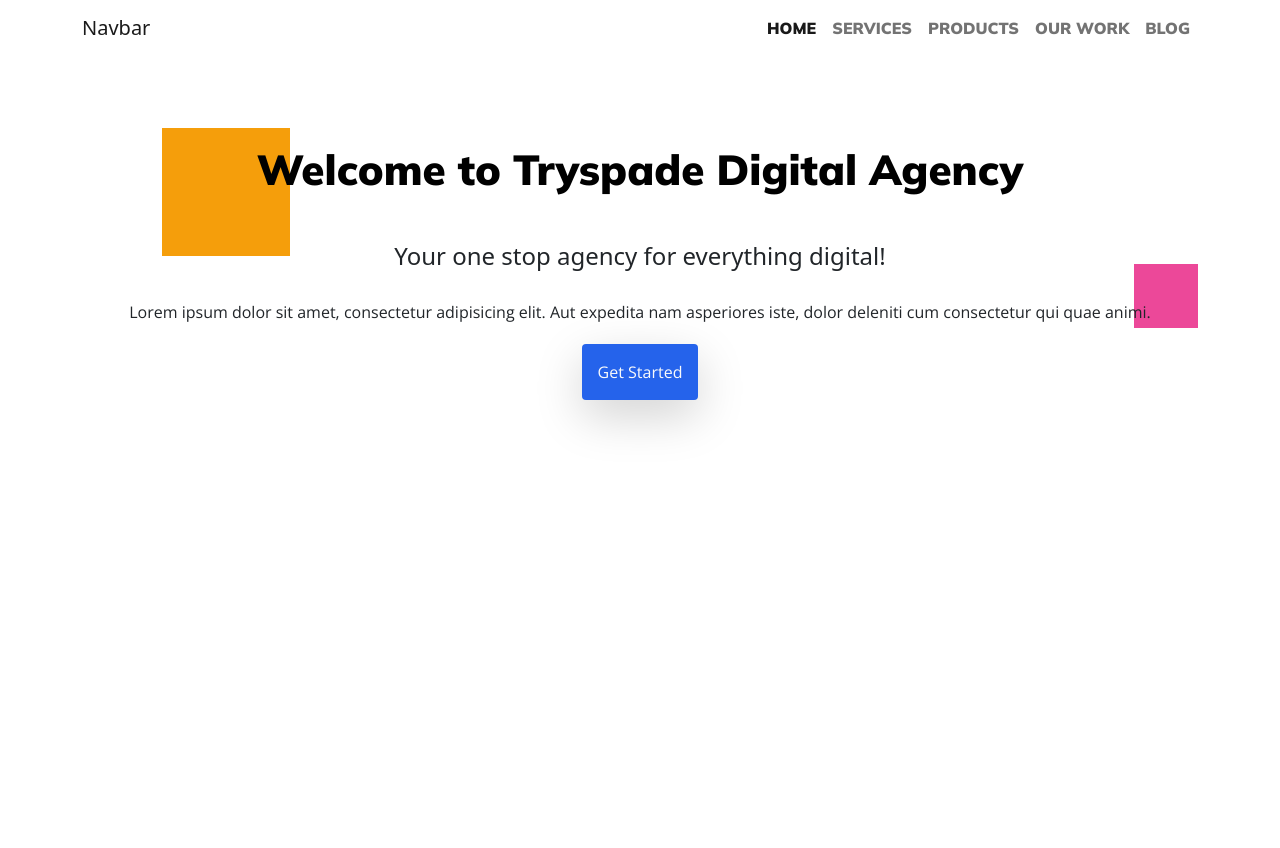
Repository: latenightsnacc/super-octo-fortnight
Page: index.html
The author's editor kept a copy of each file at every save. The page is drawn from the files as they stood at one save, then again after the next save.
The browser window is 1280 px wide. The pictures show the whole page.
Some web libraries are served in a nearby version. The style sheet was rebuilt from its Sass, Less or Tailwind sources for each picture, by a compiler version that may differ from the author's.

Above is the page before, as saved 2021-01-29 12:58:55.

### index.html
<!DOCTYPE html>
<html lang="en">
<head>
    <meta charset="UTF-8">
    <meta name="viewport" content="width=device-width, initial-scale=1.0">
    <!--Tailwind 2.0.2-->
    <link href="https://cdnjs.cloudflare.com/ajax/libs/tailwindcss/2.0.2/tailwind.min.css" rel="stylesheet">
    <!--Font Awesome 5.15.1-->
    <link rel="stylesheet" href="https://cdnjs.cloudflare.com/ajax/libs/font-awesome/5.15.1/css/all.min.css" integrity="sha512-+4zCK9k+qNFUR5X+cKL9EIR+ZOhtIloNl9GIKS57V1MyNsYpYcUrUeQc9vNfzsWfV28IaLL3i96P9sdNyeRssA==" crossorigin="anonymous" />
    <!-- Bootstrap 5.0.0 Beta-->
    <link href="https://cdn.jsdelivr.net/npm/bootstrap@5.0.0-beta1/dist/css/bootstrap.min.css" rel="stylesheet" integrity="sha384-giJF6kkoqNQ00vy+HMDP7azOuL0xtbfIcaT9wjKHr8RbDVddVHyTfAAsrekwKmP1" crossorigin="anonymous" />
    <!-- UIkit CSS -->
    <link rel="stylesheet" href="https://cdn.jsdelivr.net/npm/uikit@3.6.9/dist/css/uikit.min.css" />
    <link rel="apple-touch-icon" sizes="180x180" href="/apple-touch-icon.png">
    <link rel="icon" type="image/png" sizes="32x32" href="/favicon-32x32.png">
    <link rel="icon" type="image/png" sizes="16x16" href="/favicon-16x16.png">
    <link rel="manifest" href="/site.webmanifest">
    <!--Custom Stylesheet-->
    <link rel="stylesheet" href="stylesheet/stylesheet.css">
    <title>TrySpade - Digital Agency</title>
</head>
<body class="overflow-x-hidden min-h-screen" >
    <main class="w-full mx-auto">
        <header>
            <nav class="navbar navbar-expand-lg navbar-light bg-white fixed-top ">
                <div class="container">
                  <a class="navbar-brand" href="#">Navbar</a>
                  <button class="navbar-toggler" type="button" data-bs-toggle="collapse" data-bs-target="#navbarSupportedContent" aria-controls="navbarSupportedContent" aria-expanded="false" aria-label="Toggle navigation">
                    <span class="navbar-toggler-icon"></span>
                  </button>
                  <div class="collapse navbar-collapse" id="navbarSupportedContent">
                    <ul class="navbar-nav ml-auto mb-2 mb-lg-0">
                        <li class="nav-item">
                            <a class="nav-link active text-base uppercase" aria-current="page" href="#">Home</a>
                        </li>
                        <li class="nav-item">
                            <a class="nav-link text-base uppercase" href="#">services</a>
                        </li>
                        <li class="nav-item">
                            <a class="nav-link text-base uppercase" href="#">products</a>
                        </li>
                        <li class="nav-item">
                            <a class="nav-link text-base uppercase" href="#">our work</a>
                        </li>
                        <li class="nav-item">
                            <a class="nav-link text-base uppercase" href="#">blog</a>
                        </li>

                    </ul>
                  </div>
                </div>
            </nav>
        </header>
        <!--Banner-->
        <section id="banner" class="bg-white w-full mt-32">
            <div class="container">
                <div class="relative flex flex-col items-center h-auto">
                    <h1 class="z-10 text-black text-center leading-loose">Welcome to Tryspade Digital Agency</h1>
                    <div class="z-10 text-center text-2xl leading-loose title">Your one stop agency for everything digital!</div>
                    <p class="z-10 text-center">Lorem ipsum dolor sit amet, consectetur adipisicing elit. Aut expedita nam asperiores iste, dolor deleniti cum consectetur qui quae animi.</p>
                    <!--BOXES-->
                    <div class=" absolute top-0 left-20">
                        <div class="z-0 border-2 border-yellow-500 bg-yellow-500 w-32 h-32"></div>
                    </div>

                    <div class="absolute top-50 right-0">
                        <div class="z-0 border-2 border-pink-500 bg-pink-500 w-16 h-16"></div>
                    </div>
                    <div class="flex justify-center">
                        <button class="bg-blue-600 p-3 font-lg text-gray-50 shadow-lg rounded focus:outline-none">Get Started</button>
                    </div>
                </div>

                </div>
        </section>
        <!--SERVICES-->
        <section id="services">

        </section>
        <!-- <svg xmlns="http://www.w3.org/2000/svg" viewBox="0 0 1440 320"><path fill="#0099ff" fill-opacity="1" d="M0,320L48,282.7C96,245,192,171,288,122.7C384,75,480,53,576,69.3C672,85,768,139,864,170.7C960,203,1056,213,1152,208C1248,203,1344,181,1392,170.7L1440,160L1440,0L1392,0C1344,0,1248,0,1152,0C1056,0,960,0,864,0C768,0,672,0,576,0C480,0,384,0,288,0C192,0,96,0,48,0L0,0Z"></path></svg> -->
        <!-- <svg xmlns="http://www.w3.org/2000/svg" viewBox="0 0 1440 320"><path fill="#0099ff" fill-opacity="1" d="M0,64L48,96C96,128,192,192,288,213.3C384,235,480,213,576,170.7C672,128,768,64,864,42.7C960,21,1056,43,1152,64C1248,85,1344,107,1392,117.3L1440,128L1440,0L1392,0C1344,0,1248,0,1152,0C1056,0,960,0,864,0C768,0,672,0,576,0C480,0,384,0,288,0C192,0,96,0,48,0L0,0Z"></path></svg> -->
    </main>
    <!-- UIkit JS -->
    <script src="https://cdn.jsdelivr.net/npm/uikit@3.6.9/dist/js/uikit.min.js"></script>
    <script src="https://cdn.jsdelivr.net/npm/uikit@3.6.9/dist/js/uikit-icons.min.js"></script>
    <script src="https://cdn.jsdelivr.net/npm/bootstrap@5.0.0-beta1/dist/js/bootstrap.bundle.min.js" integrity="sha384-ygbV9kiqUc6oa4msXn9868pTtWMgiQaeYH7/t7LECLbyPA2x65Kgf80OJFdroafW" crossorigin="anonymous"></script>
    <!-- Start of HubSpot Embed Code -->
  <script type="text/javascript" id="hs-script-loader" async defer src="//js.hs-scripts.com/9284931.js"></script>
  <!-- End of HubSpot Embed Code -->
</body>
</html>

### Stylesheet/stylesheet.scss
@import 'variables';
@import 'bg';

h1, h2, h3, h4, h5, h6, .nav-link, button {
    font-family: $fontBold;
}
p, button {
    font-family: $fontRegular;
}

### Stylesheet/_variables.scss
@import url('https://fonts.googleapis.com/css2?family=Mulish:wght@900&family=Open+Sans&display=swap');

$fontBold: 'Mulish', sans-serif;
$fontRegular:'Open Sans', sans-serif;
$white: white;

### Stylesheet/bg.scss
.background {
    background-color: white;
    position: relative;
    min-height: 100vh;
    min-width:100vw;
    overflow-x: hidden;

  .wrapper{
    z-index: 1;
  }


  .cube {
    position: absolute;
    top: 80vh;
    left: 45vw;
    width: 10px;
    height: 10px;
    border: solid 1px darken(lightgrey, 10%);
    transform-origin: top left;
    transform: scale(0) rotate(0deg) translate(-50%, -50%);
    animation: cube 12s ease-in forwards infinite;

    &:nth-child(2n) {
      border-color: lighten(lightgrey, 10%);
    }

    &:nth-child(2) {
      animation-delay: 2s;
      left: 25vw;
      top: 40vh;
    }

    &:nth-child(3) {
      animation-delay: 4s;
      left: 75vw;
      top: 50vh;
    }

    &:nth-child(4) {
      animation-delay: 6s;
      left: 90vw;
      top: 10vh;
    }

    &:nth-child(5) {
      animation-delay: 8s;
      left: 10vw;
      top: 85vh;
    }

    &:nth-child(6) {
      animation-delay: 10s;
      left: 50vw;
      top: 10vh;
    }


}

@keyframes cube {
        from {
        transform: scale(0) rotate(0deg) translate(-50%, -50%);
        opacity: 1;
        }
        to {
        transform: scale(20) rotate(960deg) translate(-50%, -50%);
        opacity: 0;
        }
    }
}

After the next save:
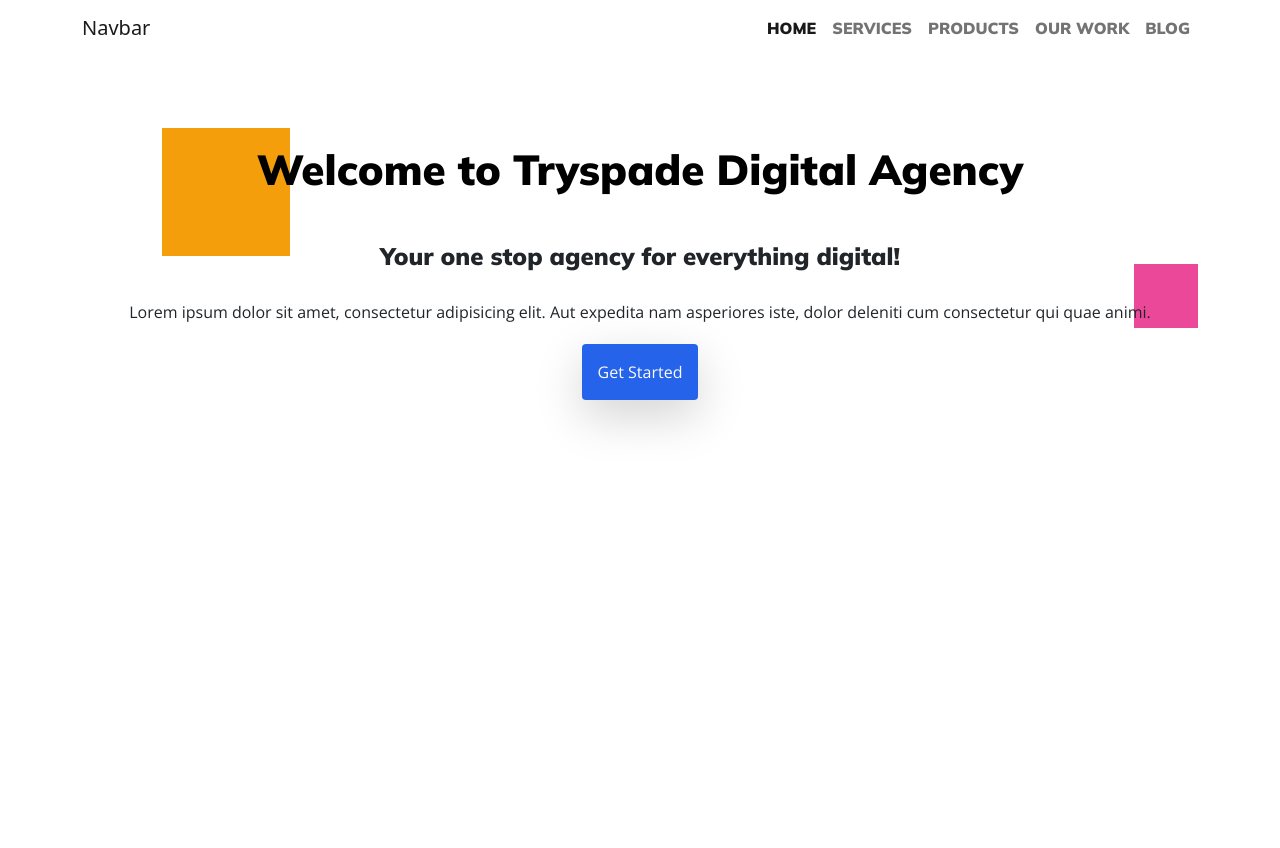
Saved 7 s later.
--- a/Stylesheet/stylesheet.scss
+++ b/Stylesheet/stylesheet.scss
@@ -1,7 +1,7 @@
 @import 'variables';
 @import 'bg';
 
-h1, h2, h3, h4, h5, h6, .nav-link, button {
+h1, h2, h3, h4, h5, h6, .nav-link, button, .title {
     font-family: $fontBold;
 }
 p, button {
